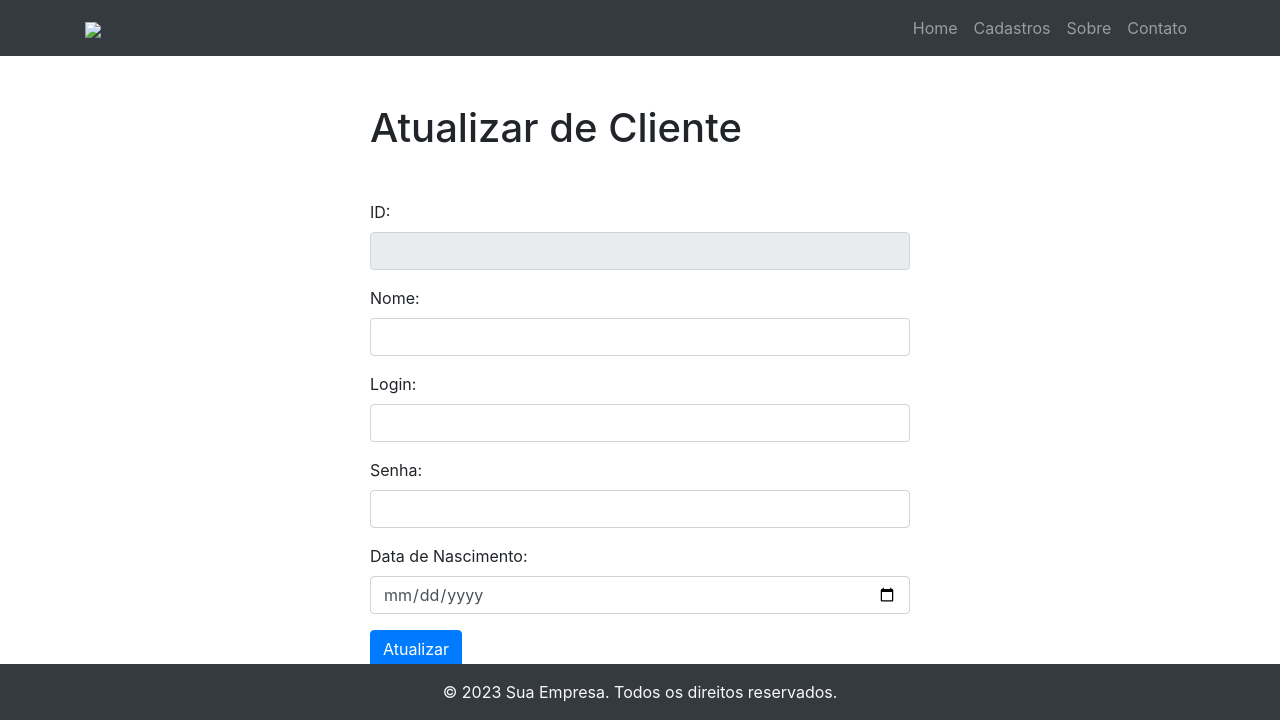
Repository: Vanessa2568/Atividade_Modulo4
Page: http://localhost/TurNE_crud/WEB-INF/atualizar.jsp
An editor plug-in stored every save of this project. The page is shown before and after the next save, followed by the edit.
The browser window is 1280 px wide. The pictures show the whole page.
Some web libraries are served in a nearby version. The page is served by Tomcat 9. Nobody is signed in. Other server files are loaded and not shown. The template is opened directly, without the code that normally fills it, so the values that code supplies are empty.

Above is the page before, as saved 2023-11-03 14:29:48.
Not found: TurNE_crud/TurNE_crud/WEB-INF/Proj Gab/TurNE_crud/src/main/img/logo25r

### TurNE_crud/src/main/webapp/WEB-INF/atualizar.jsp
<%@ page language="java" contentType="text/html; charset=UTF-8" pageEncoding="UTF-8" %>
    <!DOCTYPE html>
    <html>

    <head>
        <meta charset="UTF-8">
        <link rel="stylesheet" href="https://maxcdn.bootstrapcdn.com/bootstrap/4.5.2/css/bootstrap.min.css">
        <title>Atualizar</title>
    </head>

    <body>
        <!-- Cabeçalho -->
        <header>
            <nav class="navbar navbar-expand-lg navbar-dark bg-dark text-light">
                <div class="container">
                    <a class="navbar-brand" href="#"><img src="Proj Gab\TurNE_crud\src\main\img/logo25r"/height="48px"></a>
                    <button class="navbar-toggler" type="button" data-toggle="collapse" data-target="#navbarNav"
                        aria-controls="navbarNav" aria-expanded="false" aria-label="Toggle navigation">
                        <span class="navbar-toggler-icon"></span>
                    </button>
                    <div class="collapse navbar-collapse" id="navbarNav">
                        <ul class="navbar-nav ml-auto">
                            <li class="nav-item">
                                <a class="nav-link" href="index.html">Home</a>
                            </li>
                            <li class="nav-item">
                                <a class="nav-link" href="#cadastros">Cadastros</a>
                            </li>
                            <li class="nav-item">
                                <a class="nav-link" href="#sobre">Sobre</a>
                            </li>
                            <li class="nav-item">
                                <a class="nav-link" href="#contato">Contato</a>
                            </li>
                        </ul>
                    </div>
                </div>
            </nav>
        </header>
        <div class="container">
            <div class="row justify-content-center">
                <div class="col-md-6">
                    <h1 class="mt-5">Atualizar de Cliente</h1>
                    <form class="mt-5" action="UpdateController" method="post">
                        <div class="form-group">
                            <label for="nome">ID:</label> <input type="text" class="form-control" id="id" name="id"
                                value="${client.id}" readonly>
                        </div>
                        <div class="form-group">
                            <label for="nome">Nome:</label> <input type="text" class="form-control" id="nome"
                                name="nome" value="${client.nome}" required>
                        </div>
                        <div class="form-group">
                            <label for="login">Login:</label> <input type="text" class="form-control" id="login"
                                name="login" value="${client.login}" required>
                        </div>
                        <div class="form-group">
                            <label for="senha">Senha:</label> <input type="password" class="form-control" id="senha"
                                name="senha" value="${client.senha}" required>
                        </div>
                        <div class="form-group">
                            <label for="dataNascimento">Data de Nascimento:</label> <input type="date"
                                value="${client.dataNasc}" class="form-control" id="dataNasc"  name="dataNasc" required>
                        </div>
                        <button type="submit" class="btn btn-primary">Atualizar</button>
                    </form>
                </div>
            </div>
        </div>
        <!-- Rodapé -->
        <footer class="bg-dark text-light text-center py-3 fixed-bottom">
            &copy; 2023 Sua Empresa. Todos os direitos reservados.
        </footer>

        <!-- Inclua os scripts do Bootstrap via CDN -->
        <script src="https://code.jquery.com/jquery-3.5.1.slim.min.js"></script>
        <script src="https://cdn.jsdelivr.net/npm/@popperjs/core@2.5.3/dist/umd/popper.min.js"></script>
        <script src="https://maxcdn.bootstrapcdn.com/bootstrap/4.5.2/js/bootstrap.min.js"></script>

    </body>

    </html>

After the next save:
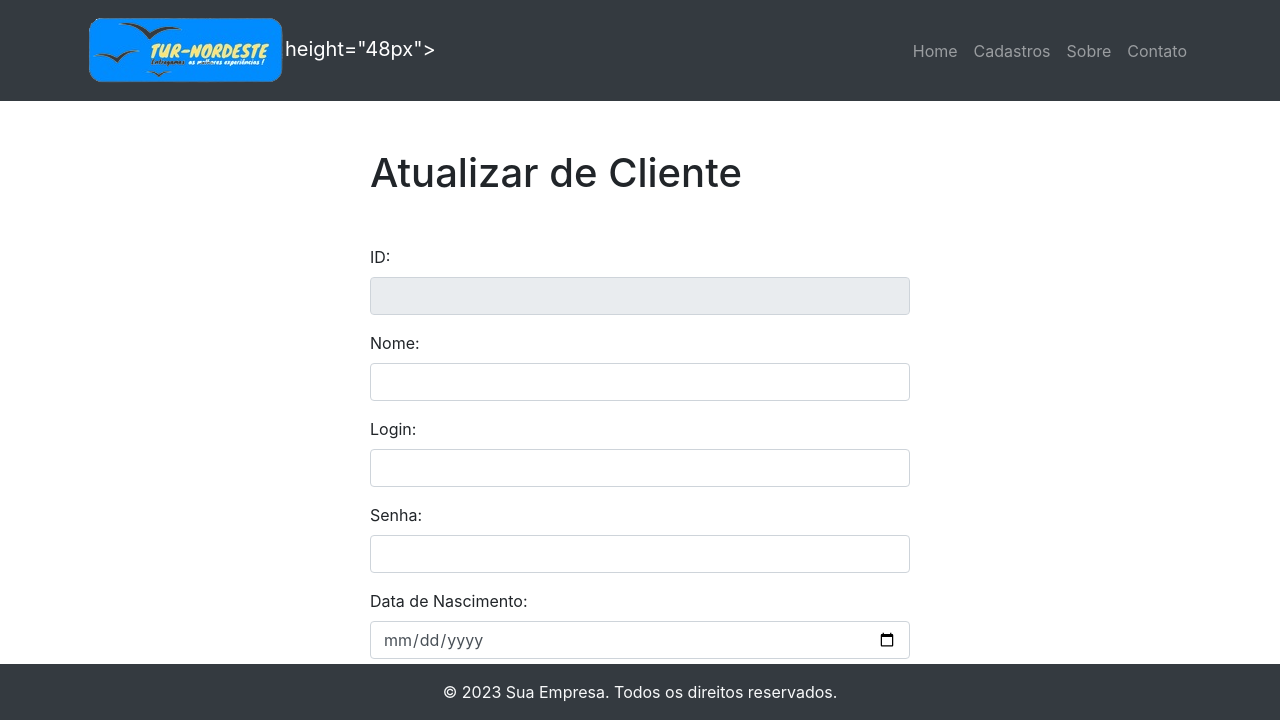
Saved 4 h 15 min later.
--- a/TurNE_crud/src/main/webapp/WEB-INF/atualizar.jsp
+++ b/TurNE_crud/src/main/webapp/WEB-INF/atualizar.jsp
@@ -13,7 +13,7 @@
         <header>
             <nav class="navbar navbar-expand-lg navbar-dark bg-dark text-light">
                 <div class="container">
-                    <a class="navbar-brand" href="#"><img src="Proj Gab\TurNE_crud\src\main\img/logo25r"/height="48px"></a>
+                    <a class="navbar-brand" href="#"><img src="P./img/logo25r.png"/>height="48px"></a>
                     <button class="navbar-toggler" type="button" data-toggle="collapse" data-target="#navbarNav"
                         aria-controls="navbarNav" aria-expanded="false" aria-label="Toggle navigation">
                         <span class="navbar-toggler-icon"></span>
